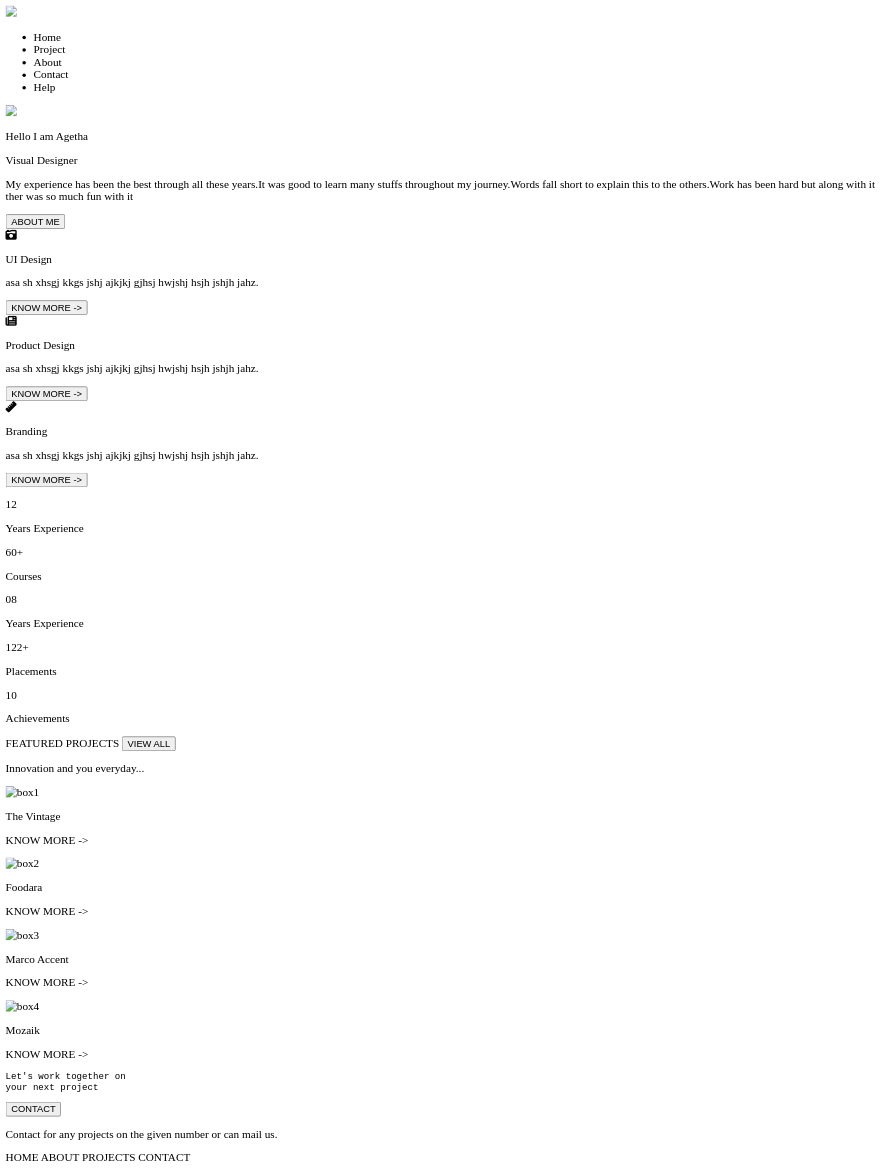
Repository: prathyushaa5/Project1
Page: task8.html
These files come from the project's save history. The page is drawn as it stood at one moment and after the next save; the edit follows.
The browser window is 1280 px wide. The pictures show the part of the page from y = 0 to 1920 px (the page is 1679 px tall before and 2870 px after), at 70% of full size.

Above is the page before, as saved 2023-11-13 10:06:25.
Not found: TASK8/bg.png
Not found: TASK8/boximage2.jpg
Not found: TASK8/boximage3.jpg

After the next save:
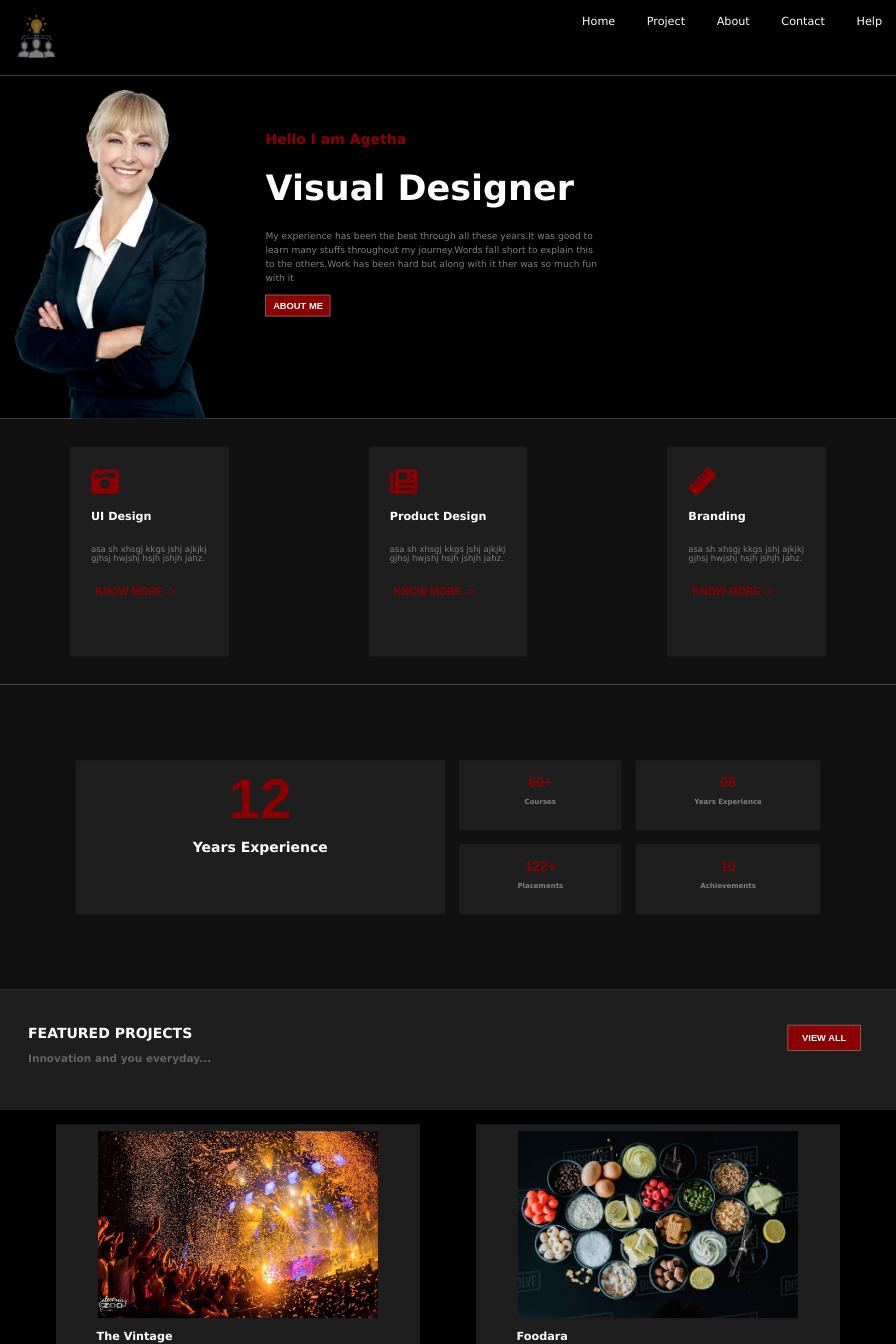
Not found: Project1/task8.js
Saved 9 days later.
--- a/task8.html
+++ b/task8.html
@@ -4,13 +4,13 @@
     <meta charset="UTF-8">
     <meta name="viewport" content="width=device-width, initial-scale=1.0">
     <title>Document</title>
-    <link rel="stylesheet" href="../TASK8/style8.css">
+    <link rel="stylesheet" href="../Project1/style8.css">
     <link rel="stylesheet" href="https://cdnjs.cloudflare.com/ajax/libs/font-awesome/6.4.2/css/all.min.css" integrity="sha512-z3gLpd7yknf1YoNbCzqRKc4qyor8gaKU1qmn+CShxbuBusANI9QpRohGBreCFkKxLhei6S9CQXFEbbKuqLg0DA==" crossorigin="anonymous" referrerpolicy="no-referrer" />
 </head>
 <body>
 <div class="navbar">
     <span class="icon">
-    <img src="../TASK8/tiger.png" id="tigerimg">
+    <img src="../Project1/tiger.png" id="tigerimg">
 </span>
 <span class="options">
     <ul>
@@ -23,7 +23,7 @@
 </span>
 </div>
 <div class="main1">
-    <img src="../TASK8/bg.png" class="girlimg">
+    <img src="../Project1/bg.png" class="girlimg">
 
     <span class="about">
         <p id="a">Hello I am Agetha</p>
@@ -87,22 +87,22 @@
     </section>
     <div class="main4-box">
     <section class="main4-box1">
-    <img src="../TASK8/boximage4.jpg" alt="box1" width="400" class="imgbox">
+    <img src="../Project1/boximage4.jpg" alt="box1" width="400" class="imgbox">
     <p class="infobox">The Vintage</p>
     <p class="info">KNOW MORE -></p>
     </section>
     <section class="main4-box2">
-    <img src="../TASK8/boximage2.jpg" alt="box2" width="400" class="imgbox">
+    <img src="../Project1/boximage2.jpg" alt="box2" width="400" class="imgbox">
     <p class="infobox">Foodara</p>
     <p class="info">KNOW MORE -></p>
     </section>
     <section class="main4-box3">
-    <img src="../TASK8/boximage3.jpg" alt="box3" width="400" class="imgbox">
+    <img src="../Project1/boximage3.jpg" alt="box3" width="400" class="imgbox">
     <p class="infobox">Marco Accent</p>
      <p class="info">KNOW MORE -></p>
     </section>
     <section class="main4-box4">
-    <img src="../TASK8/boximage4.jpg" alt="box4" width="400" class="imgbox">
+    <img src="../Project1/boximage4.jpg" alt="box4" width="400" class="imgbox">
     <p class="infobox">Mozaik</p>
     <p class="info">KNOW MORE -></p>
     </section>
@@ -122,6 +122,6 @@ your next project</pre>
 </div>
 
 
-<script src="../TASK8/task8.js"></script>
+<script src="../Project1/task8.js"></script>
 </body>
 </html>
